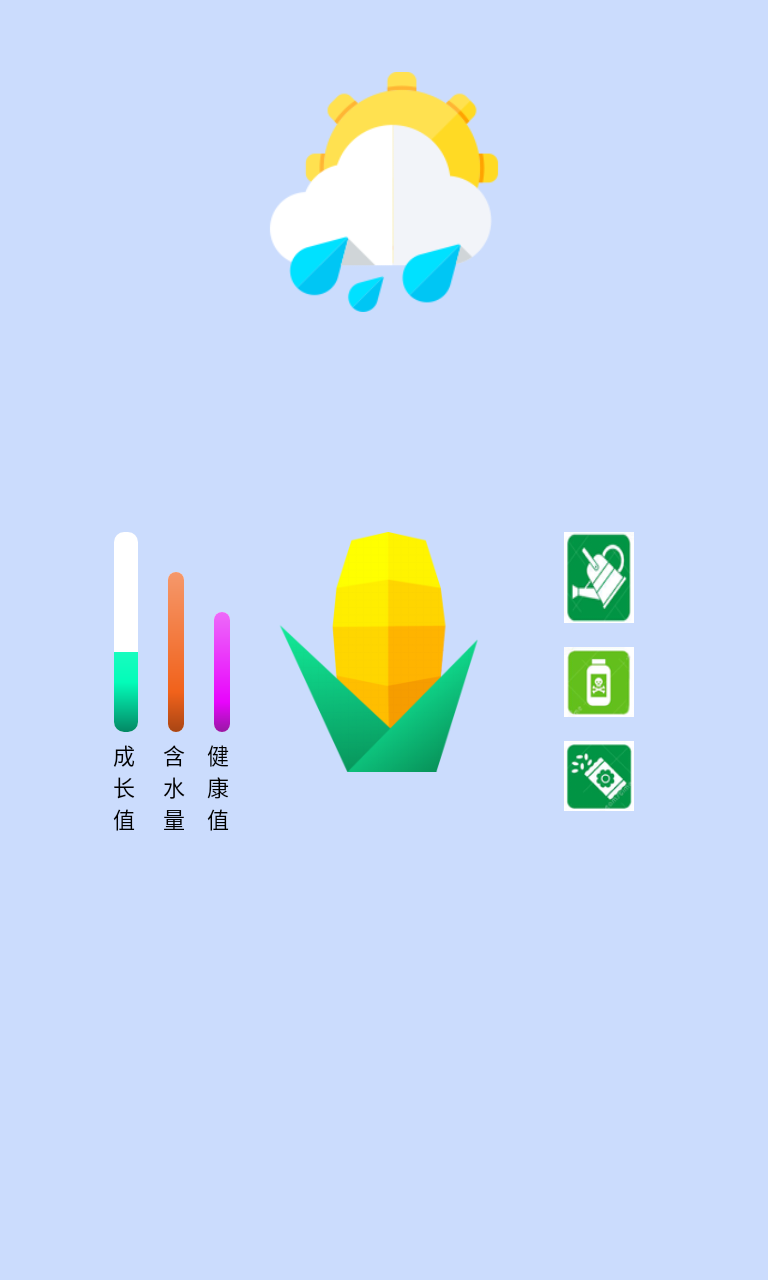
Repository: DraceWang/YumiTianqi
Layout: YumiTianqi/res/layout/fragment_main.xml
These files come from the project's save history. The layout is drawn as it stood at one moment and after the next save; the edit follows.
It is drawn on a 768 x 1280 px phone screen (xhdpi) without system bars, with theme AppTheme; the app's code is not run. Lists and similar views that code fills are empty.

Above is the layout before, as saved 2015-05-20 01:47:15.

### YumiTianqi/res/layout/fragment_main.xml
<RelativeLayout xmlns:android="http://schemas.android.com/apk/res/android"
    xmlns:tools="http://schemas.android.com/tools"
    android:layout_width="match_parent"
    android:layout_height="match_parent"
    android:background="#cbdcfd"
    android:paddingBottom="@dimen/activity_vertical_margin"
    android:paddingLeft="@dimen/activity_horizontal_margin"
    android:paddingRight="@dimen/activity_horizontal_margin"
    android:paddingTop="@dimen/activity_vertical_margin"
    tools:context="com.boyumi.yumitianqi.MainActivity$PlaceholderFragment" >

    <TextView
        android:id="@+id/CityName"
        android:layout_width="wrap_content"
        android:layout_height="wrap_content"
        android:layout_marginLeft="20dp"
        android:layout_marginTop="20dp"
        android:textColor="#000"
        android:textSize="10pt" />

    <TextView
        android:id="@+id/currentTemperature"
        android:layout_width="wrap_content"
        android:layout_height="wrap_content"
        android:layout_alignParentRight="true"
        android:layout_alignTop="@+id/CityName"
        android:layout_marginRight="20dp"
        android:textColor="#000"
        android:textSize="10pt" />

    <ImageView
        android:id="@+id/WeatherIcon"
        android:layout_width="120dp"
        android:layout_height="120dp"
        android:layout_alignTop="@+id/CityName"
        android:layout_centerHorizontal="true"
        android:src="@drawable/sunnyrain" />

    <TextView
        android:layout_width="wrap_content"
        android:layout_height="wrap_content"
        android:id="@+id/WeatherCondition"
        android:layout_below="@+id/WeatherIcon"
        android:layout_centerHorizontal="true"
        android:layout_marginTop="5dp"
        android:textSize="10pt"
        android:textColor="#000"
        />

    <TextView
        android:layout_width="wrap_content"
        android:layout_height="wrap_content"
        android:id="@+id/date"
        android:layout_alignParentBottom="true"
        android:layout_alignParentRight="true"
        android:layout_marginRight="5dp"
        android:layout_marginBottom="2dp"
        android:textSize="5pt"
        android:textColor="#666"
        />

    <TableLayout android:layout_width="60dp" android:layout_height="wrap_content" android:id="@+id/btn_AQ" android:layout_above="@+id/body" android:layout_marginLeft="10dp" android:layout_marginBottom="-100dp">

        <TableRow android:layout_width="wrap_content" android:layout_height="wrap_content">
            <TextView android:id="@+id/AQ_title" android:layout_width="60dp" android:layout_height="20dp" android:layout_alignParentLeft="true" android:gravity="center" android:textSize="6pt" />
        </TableRow>

        <TableRow android:layout_width="wrap_content" android:layout_height="wrap_content">
            <TextView android:id="@+id/AQ_content" android:layout_width="60dp" android:layout_height="20dp" android:gravity="center" android:layout_below="@+id/AQ_title" />
        </TableRow>


    </TableLayout>
    <HorizontalScrollView
        android:id="@+id/body"
        android:layout_width="wrap_content"
        android:layout_height="match_parent"
        android:layout_below="@+id/WeatherIcon"
        android:layout_centerHorizontal="true"
        android:layout_marginTop="70dp"
        android:scrollbars="none" >

        <LinearLayout
            android:layout_width="wrap_content"
            android:layout_height="wrap_content"
            android:orientation="vertical" >

            <RelativeLayout
                android:layout_width="295dp"
                android:layout_height="wrap_content" >

                <ImageView
                    android:id="@+id/cron"
                    android:layout_width="120dp"
                    android:layout_height="120dp"
                    android:layout_centerHorizontal="true"
                    android:layout_marginTop="40dp"
                    android:src="@drawable/cron" />

                <ProgressBar
                    android:id="@+id/progressBar_gv"
                    style="?android:attr/progressBarStyleHorizontal"
                    android:layout_width="12dp"
                    android:layout_height="100dp"
                    android:layout_alignTop="@+id/cron"
                    android:layout_marginLeft="15dp"
                    android:max="200"
                    android:progress="80"
                    android:progressDrawable="@drawable/mybar_gv" />

                <ProgressBar
                    android:id="@+id/progressBar_wv"
                    style="?android:attr/progressBarStyleHorizontal"
                    android:layout_width="8dp"
                    android:layout_height="80dp"
                    android:layout_above="@+id/Date"
                    android:layout_alignBottom="@+id/progressBar_gv"
                    android:layout_marginLeft="15dp"
                    android:layout_toRightOf="@+id/progressBar_gv"
                    android:max="50"
                    android:progress="80"
                    android:progressDrawable="@drawable/mybar_wv" />

                <ProgressBar
                    android:id="@+id/progressBar_hv"
                    style="?android:attr/progressBarStyleHorizontal"
                    android:layout_width="8dp"
                    android:layout_height="60dp"
                    android:layout_above="@+id/Date"
                    android:layout_alignBottom="@+id/progressBar_gv"
                    android:layout_marginLeft="15dp"
                    android:layout_toRightOf="@+id/progressBar_wv"
                    android:max="10"
                    android:progress="80"
                    android:progressDrawable="@drawable/mybar_hv" />

                <ImageButton
                    android:id="@+id/imageButton_water"
                    android:layout_width="35dp"
                    android:layout_height="35dp"
                    android:layout_above="@+id/imageButton_bug"
                    android:layout_alignParentRight="true"
                    android:layout_alignTop="@+id/cron"
                    android:layout_marginBottom="12dp"
                    android:layout_marginRight="20dp"
                    android:background="@drawable/water"
                    android:onClick="water"
                    android:scaleType="fitCenter" />

                <ImageButton
                    android:id="@+id/imageButton_bug"
                    android:layout_width="35dp"
                    android:layout_height="35dp"
                    android:layout_above="@+id/imageButton_feiliao"
                    android:layout_alignLeft="@+id/imageButton_water"
                    android:layout_alignParentRight="true"
                    android:layout_marginBottom="12dp"
                    android:layout_marginRight="20dp"
                    android:background="@drawable/bug"
                    android:scaleType="fitCenter" />

                <ImageButton
                    android:id="@+id/imageButton_feiliao"
                    android:layout_width="35dp"
                    android:layout_height="35dp"
                    android:layout_alignBottom="@+id/cron"
                    android:layout_alignLeft="@+id/imageButton_water"
                    android:layout_alignParentRight="true"
                    android:layout_marginRight="20dp"
                    android:layout_marginBottom="-20dp"
                    android:background="@drawable/feiliao"
                    android:scaleType="fitCenter" />

                <TextView
                    android:id="@+id/grown"
                    android:layout_width="12dp"
                    android:layout_height="wrap_content"
                    android:layout_alignLeft="@+id/progressBar_gv"
                    android:layout_below="@+id/progressBar_gv"
                    android:layout_marginTop="3dp"
                    android:layout_marginLeft="-1dp"
                    android:text="成长值"
                    android:textColor="#000"
                    android:textSize="5pt" />

                <TextView
                    android:id="@+id/water"
                    android:layout_width="12dp"
                    android:layout_height="wrap_content"
                    android:layout_alignLeft="@+id/progressBar_wv"
                    android:layout_below="@+id/progressBar_wv"
                    android:layout_marginTop="3dp"
                    android:layout_marginLeft="-3dp"
                    android:text="含水量"
                    android:textColor="#000"
                    android:textSize="5pt" />

                <TextView
                    android:id="@+id/healthy"
                    android:layout_width="12dp"
                    android:layout_height="wrap_content"
                    android:layout_alignLeft="@+id/progressBar_hv"
                    android:layout_below="@+id/progressBar_hv"
                    android:layout_marginTop="3dp"
                    android:layout_marginLeft="-4dp"
                    android:text="健康值"
                    android:textColor="#000"
                    android:textSize="5pt" />
            </RelativeLayout>

            <ListView
                android:id="@+id/forecast"
                android:layout_width="300dp"
                android:layout_height="wrap_content"
                android:layout_marginTop="90dp" >
            </ListView>
        </LinearLayout>
    </HorizontalScrollView>




</RelativeLayout>

### YumiTianqi/res/drawable-mdpi/mybar_gv.xml
<?xml version="1.0" encoding="utf-8"?>
<layer-list xmlns:android="http://schemas.android.com/apk/res/android" >
    <item android:id="@android:id/background" >
        <shape>
            <corners android:radius="5dip" />
            <gradient
                	android:startColor="#ffffff"
                    android:centerColor="#ffffff"
                    android:endColor="#ffffff"
                    android:angle="270"
            />
        </shape>
    </item>

     <item android:id="@android:id/progress">
        <clip android:clipOrientation="vertical"
            android:gravity="bottom">
            <shape>
                <corners android:radius="5dip" />
                <gradient
                        android:startColor="#6cfcd5"
                        android:centerColor="#03fcb9"
                        android:centerX="0.75"
                        android:endColor="#038864"
                        android:angle="270"
                />
            </shape>
        </clip>
    </item>


</layer-list>

### YumiTianqi/res/drawable-mdpi/mybar_wv.xml
<?xml version="1.0" encoding="utf-8"?>
<layer-list xmlns:android="http://schemas.android.com/apk/res/android" >
    <item android:id="@android:id/background" >
        <shape>
            <corners android:radius="5dip" />
            <gradient
                	android:startColor="#ffffff"
                    android:centerColor="#ffffff"
                    android:endColor="#ffffff"
                    android:angle="270"
            />
        </shape>
    </item>

     <item android:id="@android:id/progress">
        <clip android:clipOrientation="vertical"
            android:gravity="bottom">
            <shape>
                <corners android:radius="5dip" />
                <gradient
                        android:startColor="#f5986b"
                        android:centerColor="#f1621b"
                        android:centerX="0.75"
                        android:endColor="#a84514"
                        android:angle="270"
                />
            </shape>
        </clip>
    </item>


</layer-list>

### YumiTianqi/res/drawable-mdpi/mybar_hv.xml
<?xml version="1.0" encoding="utf-8"?>
<layer-list xmlns:android="http://schemas.android.com/apk/res/android" >
    <item android:id="@android:id/background" >
        <shape>
            <corners android:radius="5dip" />
            <gradient
                	android:startColor="#ffffff"
                    android:centerColor="#ffffff"
                    android:endColor="#ffffff"
                    android:angle="270"
            />
        </shape>
    </item>

     <item android:id="@android:id/progress">
        <clip android:clipOrientation="vertical"
            android:gravity="bottom">
            <shape>
                <corners android:radius="5dip" />
                <gradient
                        android:startColor="#ed6af9"
                        android:centerColor="#e805fc"
                        android:centerX="0.75"
                        android:endColor="#9818a4"
                        android:angle="270"
                />
            </shape>
        </clip>
    </item>


</layer-list>

Loaded but not shown: YumiTianqi/res/values/styles.xml (common file); YumiTianqi/res/values-v11/styles.xml (common file); YumiTianqi/res/values-v14/styles.xml (common file); YumiTianqi/res/values/dimens.xml (common file); YumiTianqi/res/values-w820dp/dimens.xml (common file)

After the next save:
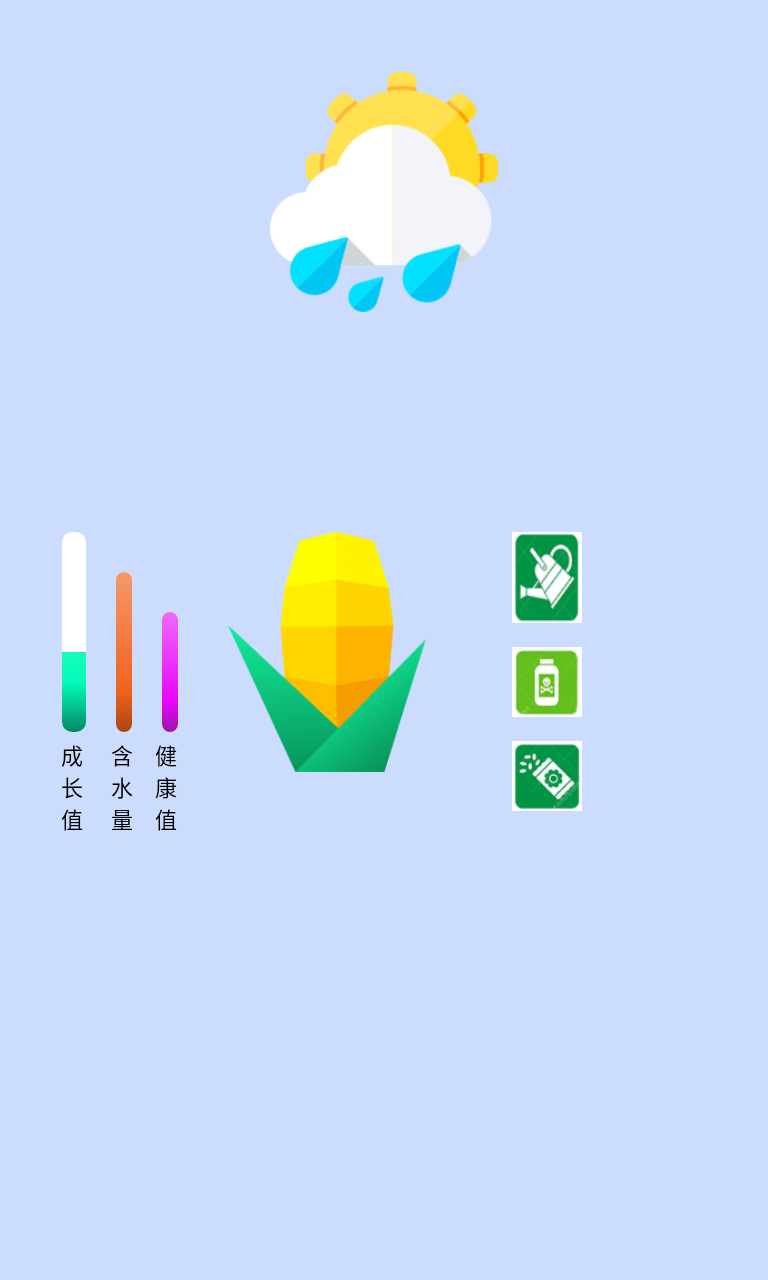
Saved 10 s later.
--- a/YumiTianqi/res/layout/fragment_main.xml
+++ b/YumiTianqi/res/layout/fragment_main.xml
@@ -212,7 +212,7 @@
                 android:id="@+id/forecast"
                 android:layout_width="300dp"
                 android:layout_height="wrap_content"
-                android:layout_marginTop="90dp" >
+                android:layout_marginLeft="90dp" >
             </ListView>
         </LinearLayout>
     </HorizontalScrollView>
